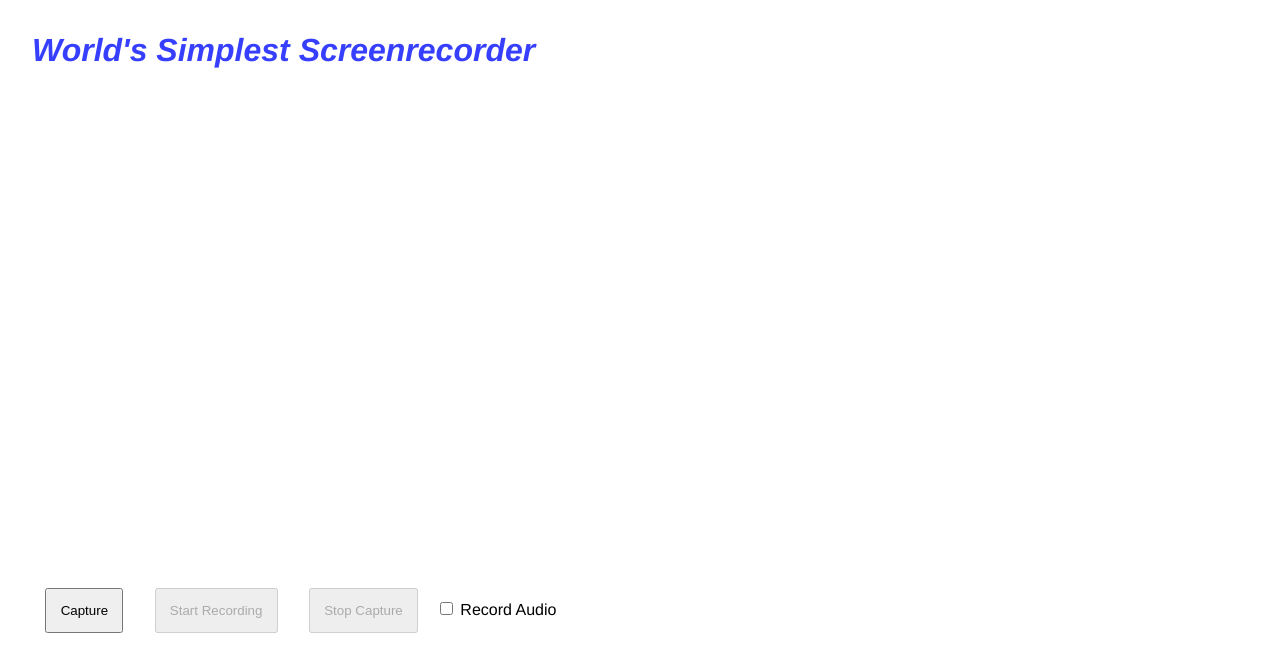
Repository: santiljanomalaj/recording_youtube
Page: index.html
An editor plug-in stored every save of this project. The page is shown before and after the next save, followed by the edit.
The browser window is 1280 px wide. The pictures show the whole page.

Above is the page before, as saved 2020-04-29 17:23:42.

### index.html
<!DOCTYPE html>
<html lang="en">
  <head>
    <title>Simple Screen Record!</title>
    <meta charset="utf-8" />
    <meta http-equiv="X-UA-Compatible" content="IE=edge" />
    <meta name="viewport" content="width=device-width, initial-scale=1" />
    <script src="comlink.js"></script>
    <script>
      //   if (location.protocol !== "https:") location.protocol = "https:";
    </script>
    <!-- import the webpage's stylesheet -->
    <link rel="stylesheet" href="/style.css" />
  </head>
  <body>
    <h1>World's Simplest Screenrecorder</h1>
    <p id="warning">
      Enable chrome://flags/#enable-experimental-web-platform-features
    </p>
    <video id="videoElement" autoplay></video>
    <br />
    <button id="captureBtn">Capture</button>
    <button id="startBtn" disabled>Start Recording</button>
    <button id="stopBtn" disabled>Stop Capture</button>
    <input type="checkbox" id="audioToggle" />
    <label for="audioToggle">Record Audio</label>
    <a id="download" href="#" style="display: none;">Download</a>
    <a
      id="trim"
      href="https://video-cut.glitch.me/"
      style="display: none;"
      target="trim"
      >Trim Video</a
    >
    <a
      id="convert"
      href="https://convert-to-mp4.glitch.me/"
      style="display: none;"
      target="convert"
      >Convert to MP4</a
    >

    <script>
      if ("getDisplayMedia" in navigator.mediaDevices)
        warning.style.display = "none";

      let blobs;
      let blob;
      let rec;
      let stream;

      captureBtn.onclick = async () => {
        trim.style.display = "none";
        convert.style.display = "none";
        download.style.display = "none";
        let audio = audioToggle.checked || false;

        stream = await navigator.mediaDevices.getDisplayMedia({
          video: true,
          audio: audio,
        });
        stream
          .getVideoTracks()
          .forEach((track) => (track.contentHint = "text"));
        videoElement.srcObject = stream;
        let opts = { mimeType: "video/webm; codecs=h264" };
        blobs = [];
        rec = new MediaRecorder(stream, opts);
        rec.ondataavailable = (e) => blobs.push(e.data);
        rec.onstop = () => {
          blob = new Blob(blobs, { type: "video/mp4" });
          let url = window.URL.createObjectURL(blob);
          download.href = url;
          download.download = "test.mp4";
          download.style.display = "block";
          trim.style.display = "block";
          convert.style.display = "block";
        };
        startBtn.disabled = false;
        captureBtn.disabled = true;
        audioToggle.disabled = true;
      };

      startBtn.onclick = () => {
        startBtn.disabled = true;
        stopBtn.disabled = false;
        rec.start();
      };

      stopBtn.onclick = () => {
        captureBtn.disabled = false;
        startBtn.disabled = true;
        stopBtn.disabled = true;
        audioToggle.disabled = false;
        rec.stop();
        stream.getTracks().forEach((s) => s.stop());
        videoElement.srcObject = null;
        stream = null;
      };

      trim.onclick = async (event) => {
        event.preventDefault();
        let cutWindow = window.open(event.target.href);
        let start = Comlink.proxy(cutWindow);
        setTimeout(async () => {
          let result = await start(
            new File([blob], "test.webm", { type: "video/webm" }),
            "00:00:00"
          );
        }, 1000);
      };

      convert.onclick = async (event) => {
        event.preventDefault();
        let convertWindow = window.open(event.target.href);
        let start = Comlink.proxy(convertWindow);
        setTimeout(async () => {
          let result = await start(
            new File([blob], "test.webm", { type: "video/webm" })
          );
        }, 1000);
      };
    </script>
  </body>
</html>

### comlink.js
/**
 * Copyright 2017 Google Inc. All Rights Reserved.
 * Licensed under the Apache License, Version 2.0 (the "License");
 * you may not use this file except in compliance with the License.
 * You may obtain a copy of the License at
 *     http://www.apache.org/licenses/LICENSE-2.0
 * Unless required by applicable law or agreed to in writing, software
 * distributed under the License is distributed on an "AS IS" BASIS,
 * WITHOUT WARRANTIES OR CONDITIONS OF ANY KIND, either express or implied.
 * See the License for the specific language governing permissions and
 * limitations under the License.
 */
(function (factory) {
  if (typeof module === "object" && typeof module.exports === "object") {
    var v = factory(require, exports);
    if (v !== undefined) module.exports = v;
  } else if (typeof define === "function" && define.amd) {
    define(["require", "exports"], factory);
  } else {
    factory([], (self.Comlink = {}));
  }
})(function (require, exports) {
  "use strict";
  Object.defineProperty(exports, "__esModule", { value: true });
  const TRANSFERABLE_TYPES = [ArrayBuffer, MessagePort];
  const uid = Math.floor(Math.random() * Number.MAX_SAFE_INTEGER);
  const proxyValueSymbol = Symbol("proxyValue");
  const throwSymbol = Symbol("throw");
  const proxyTransferHandler = {
    canHandle: (obj) => obj && obj[proxyValueSymbol],
    serialize: (obj) => {
      const { port1, port2 } = new MessageChannel();
      expose(obj, port1);
      return port2;
    },
    deserialize: (obj) => {
      return proxy(obj);
    },
  };
  const throwTransferHandler = {
    canHandle: (obj) => obj && obj[throwSymbol],
    serialize: (obj) => obj.toString() + "\n" + obj.stack,
    deserialize: (obj) => {
      throw Error(obj);
    },
  };
  exports.transferHandlers = new Map([
    ["PROXY", proxyTransferHandler],
    ["THROW", throwTransferHandler],
  ]);
  let pingPongMessageCounter = 0;
  function proxy(endpoint, target) {
    if (isWindow(endpoint)) endpoint = windowEndpoint(endpoint);
    if (!isEndpoint(endpoint))
      throw Error(
        "endpoint does not have all of addEventListener, removeEventListener and postMessage defined"
      );
    activateEndpoint(endpoint);
    return cbProxy(
      async (irequest) => {
        let args = [];
        if (irequest.type === "APPLY" || irequest.type === "CONSTRUCT")
          args = irequest.argumentsList.map(wrapValue);
        const response = await pingPongMessage(
          endpoint,
          Object.assign({}, irequest, { argumentsList: args }),
          transferableProperties(args)
        );
        const result = response.data;
        return unwrapValue(result.value);
      },
      [],
      target
    );
  }
  exports.proxy = proxy;
  function proxyValue(obj) {
    obj[proxyValueSymbol] = true;
    return obj;
  }
  exports.proxyValue = proxyValue;
  function expose(rootObj, endpoint) {
    if (isWindow(endpoint)) endpoint = windowEndpoint(endpoint);
    if (!isEndpoint(endpoint))
      throw Error(
        "endpoint does not have all of addEventListener, removeEventListener and postMessage defined"
      );
    activateEndpoint(endpoint);
    attachMessageHandler(endpoint, async function (event) {
      if (!event.data.id || !event.data.callPath) return;
      const irequest = event.data;
      let that = await irequest.callPath
        .slice(0, -1)
        .reduce((obj, propName) => obj[propName], rootObj);
      let obj = await irequest.callPath.reduce(
        (obj, propName) => obj[propName],
        rootObj
      );
      let iresult = obj;
      let args = [];
      if (irequest.type === "APPLY" || irequest.type === "CONSTRUCT")
        args = irequest.argumentsList.map(unwrapValue);
      if (irequest.type === "APPLY") {
        try {
          iresult = await obj.apply(that, args);
        } catch (e) {
          iresult = e;
          iresult[throwSymbol] = true;
        }
      }
      if (irequest.type === "CONSTRUCT") {
        try {
          iresult = new obj(...args); // eslint-disable-line new-cap
          iresult = proxyValue(iresult);
        } catch (e) {
          iresult = e;
          iresult[throwSymbol] = true;
        }
      }
      if (irequest.type === "SET") {
        obj[irequest.property] = irequest.value;
        // FIXME: ES6 Proxy Handler `set` methods are supposed to return a
        // boolean. To show good will, we return true asynchronously ¯\_(ツ)_/¯
        iresult = true;
      }
      iresult = makeInvocationResult(iresult);
      iresult.id = irequest.id;
      return endpoint.postMessage(iresult, transferableProperties([iresult]));
    });
  }
  exports.expose = expose;
  function wrapValue(arg) {
    // Is arg itself handled by a TransferHandler?
    for (const [key, transferHandler] of exports.transferHandlers) {
      if (transferHandler.canHandle(arg)) {
        return {
          type: key,
          value: transferHandler.serialize(arg),
        };
      }
    }
    // If not, traverse the entire object and find handled values.
    let wrappedChildren = [];
    for (const item of iterateAllProperties(arg)) {
      for (const [key, transferHandler] of exports.transferHandlers) {
        if (transferHandler.canHandle(item.value)) {
          wrappedChildren.push({
            path: item.path,
            wrappedValue: {
              type: key,
              value: transferHandler.serialize(item.value),
            },
          });
        }
      }
    }
    for (const wrappedChild of wrappedChildren) {
      const container = wrappedChild.path
        .slice(0, -1)
        .reduce((obj, key) => obj[key], arg);
      container[wrappedChild.path[wrappedChild.path.length - 1]] = null;
    }
    return {
      type: "RAW",
      value: arg,
      wrappedChildren,
    };
  }
  function unwrapValue(arg) {
    if (exports.transferHandlers.has(arg.type)) {
      const transferHandler = exports.transferHandlers.get(arg.type);
      return transferHandler.deserialize(arg.value);
    } else if (isRawWrappedValue(arg)) {
      for (const wrappedChildValue of arg.wrappedChildren || []) {
        if (!exports.transferHandlers.has(wrappedChildValue.wrappedValue.type))
          throw Error(
            `Unknown value type "${arg.type}" at ${wrappedChildValue.path.join(
              "."
            )}`
          );
        const transferHandler = exports.transferHandlers.get(
          wrappedChildValue.wrappedValue.type
        );
        const newValue = transferHandler.deserialize(
          wrappedChildValue.wrappedValue.value
        );
        replaceValueInObjectAtPath(arg.value, wrappedChildValue.path, newValue);
      }
      return arg.value;
    } else {
      throw Error(`Unknown value type "${arg.type}"`);
    }
  }
  function replaceValueInObjectAtPath(obj, path, newVal) {
    const lastKey = path.slice(-1)[0];
    const lastObj = path.slice(0, -1).reduce((obj, key) => obj[key], obj);
    lastObj[lastKey] = newVal;
  }
  function isRawWrappedValue(arg) {
    return arg.type === "RAW";
  }
  function windowEndpoint(w) {
    if (self.constructor.name !== "Window") throw Error("self is not a window");
    return {
      addEventListener: self.addEventListener.bind(self),
      removeEventListener: self.removeEventListener.bind(self),
      postMessage: (msg, transfer) => w.postMessage(msg, "*", transfer),
    };
  }
  function isEndpoint(endpoint) {
    return (
      "addEventListener" in endpoint &&
      "removeEventListener" in endpoint &&
      "postMessage" in endpoint
    );
  }
  function activateEndpoint(endpoint) {
    if (isMessagePort(endpoint)) endpoint.start();
  }
  function attachMessageHandler(endpoint, f) {
    // Checking all possible types of `endpoint` manually satisfies TypeScript’s
    // type checker. Not sure why the inference is failing here. Since it’s
    // unnecessary code I’m going to resort to `any` for now.
    // if(isWorker(endpoint))
    //   endpoint.addEventListener('message', f);
    // if(isMessagePort(endpoint))
    //   endpoint.addEventListener('message', f);
    // if(isOtherWindow(endpoint))
    //   endpoint.addEventListener('message', f);
    endpoint.addEventListener("message", f);
  }
  function detachMessageHandler(endpoint, f) {
    // Same as above.
    endpoint.removeEventListener("message", f);
  }
  function isMessagePort(endpoint) {
    return endpoint.constructor.name === "MessagePort";
  }
  function isWindow(endpoint) {
    // TODO: This doesn’t work on cross-origin iframes.
    // return endpoint.constructor.name === 'Window';
    return ["window", "length", "location", "parent", "opener"].every(
      (prop) => prop in endpoint
    );
  }
  /**
   * `pingPongMessage` sends a `postMessage` and waits for a reply. Replies are
   * identified by a unique id that is attached to the payload.
   */
  function pingPongMessage(endpoint, msg, transferables) {
    const id = `${uid}-${pingPongMessageCounter++}`;
    return new Promise((resolve) => {
      attachMessageHandler(endpoint, function handler(event) {
        if (event.data.id !== id) return;
        detachMessageHandler(endpoint, handler);
        resolve(event);
      });
      // Copy msg and add `id` property
      msg = Object.assign({}, msg, { id });
      endpoint.postMessage(msg, transferables);
    });
  }
  function cbProxy(cb, callPath = [], target = function () {}) {
    return new Proxy(target, {
      construct(_target, argumentsList, proxy) {
        return cb({
          type: "CONSTRUCT",
          callPath,
          argumentsList,
        });
      },
      apply(_target, _thisArg, argumentsList) {
        // We use `bind` as an indicator to have a remote function bound locally.
        // The actual target for `bind()` is currently ignored.
        if (callPath[callPath.length - 1] === "bind")
          return cbProxy(cb, callPath.slice(0, -1));
        return cb({
          type: "APPLY",
          callPath,
          argumentsList,
        });
      },
      get(_target, property, proxy) {
        if (property === "then" && callPath.length === 0) {
          return { then: () => proxy };
        } else if (property === "then") {
          const r = cb({
            type: "GET",
            callPath,
          });
          return Promise.resolve(r).then.bind(r);
        } else {
          return cbProxy(cb, callPath.concat(property), _target[property]);
        }
      },
      set(_target, property, value, _proxy) {
        return cb({
          type: "SET",
          callPath,
          property,
          value,
        });
      },
    });
  }
  function isTransferable(thing) {
    return TRANSFERABLE_TYPES.some((type) => thing instanceof type);
  }
  function* iterateAllProperties(value, path = [], visited = null) {
    if (!value) return;
    if (!visited) visited = new WeakSet();
    if (visited.has(value)) return;
    if (typeof value === "string") return;
    if (typeof value === "object") visited.add(value);
    if (ArrayBuffer.isView(value)) return;
    yield { value, path };
    const keys = Object.keys(value);
    for (const key of keys)
      yield* iterateAllProperties(value[key], [...path, key], visited);
  }
  function transferableProperties(obj) {
    const r = [];
    for (const prop of iterateAllProperties(obj)) {
      if (isTransferable(prop.value)) r.push(prop.value);
    }
    return r;
  }
  function makeInvocationResult(obj) {
    for (const [type, transferHandler] of exports.transferHandlers) {
      if (transferHandler.canHandle(obj)) {
        const value = transferHandler.serialize(obj);
        return {
          value: { type, value },
        };
      }
    }
    return {
      value: {
        type: "RAW",
        value: obj,
      },
    };
  }
});

### style.css
/* CSS files add styling rules to your content */

body {
  font-family: "Benton Sans", "Helvetica Neue", helvetica, arial, sans-serif;
  margin: 2em;
}

h1 {
  font-style: italic;
  color: #373fff;
}

video {
  width: 640px;
  height: 480px;
}

button {
  margin: 1em;
  padding: 1em;
}

After the next save:
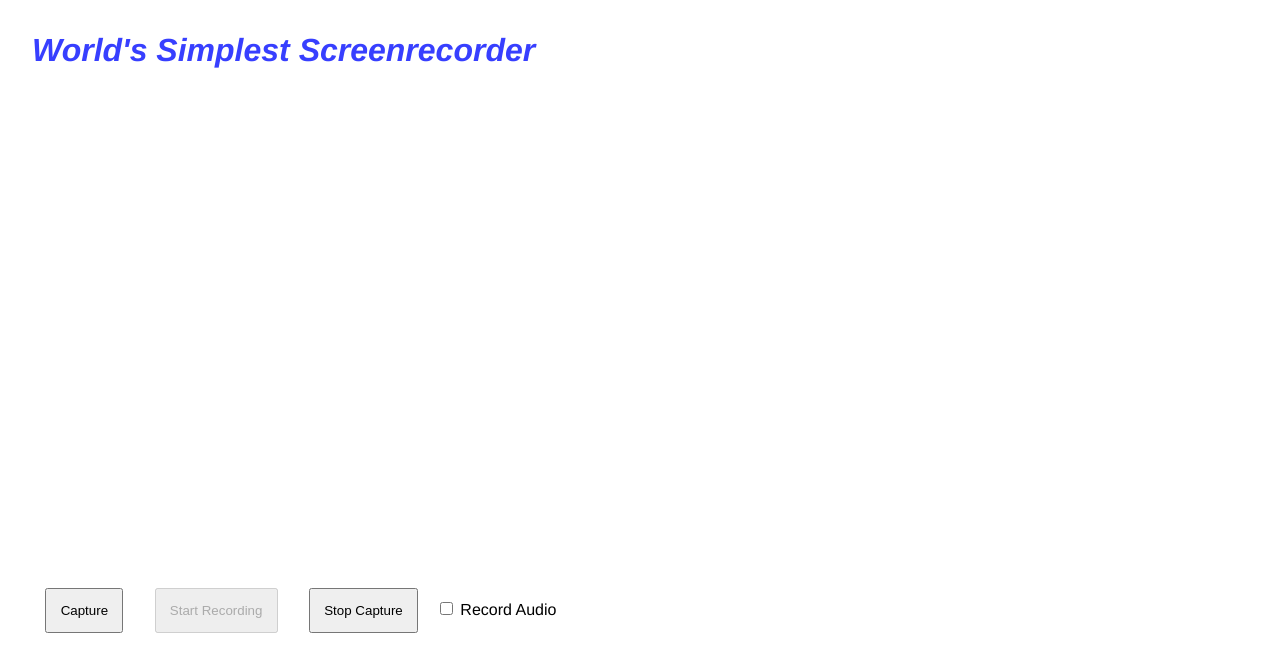
Console error: TypeError: Cannot read properties of undefined (reading 'start')
Saved 6 min 34 s later.
--- a/index.html
+++ b/index.html
@@ -81,10 +81,42 @@
         audioToggle.disabled = true;
       };
 
-      startBtn.onclick = () => {
-        startBtn.disabled = true;
-        stopBtn.disabled = false;
-        rec.start();
+      //   startBtn.onclick = () => {
+      startBtn.disabled = true;
+      stopBtn.disabled = false;
+      rec.start();
+
+      captureBtn.onclick = async () => {
+        trim.style.display = "none";
+        convert.style.display = "none";
+        download.style.display = "none";
+        let audio = audioToggle.checked || false;
+
+        stream = await navigator.mediaDevices.getDisplayMedia({
+          video: true,
+          audio: audio,
+        });
+        stream
+          .getVideoTracks()
+          .forEach((track) => (track.contentHint = "text"));
+        videoElement.srcObject = stream;
+        let opts = { mimeType: "video/webm; codecs=h264" };
+        blobs = [];
+        rec = new MediaRecorder(stream, opts);
+        rec.ondataavailable = (e) => blobs.push(e.data);
+        rec.onstop = () => {
+          blob = new Blob(blobs, { type: "video/mp4" });
+          let url = window.URL.createObjectURL(blob);
+          download.href = url;
+          download.download = "test.mp4";
+          download.style.display = "block";
+          trim.style.display = "block";
+          convert.style.display = "block";
+        };
+        startBtn.disabled = false;
+        captureBtn.disabled = true;
+        audioToggle.disabled = true;
+        //   };
       };
 
       stopBtn.onclick = () => {
